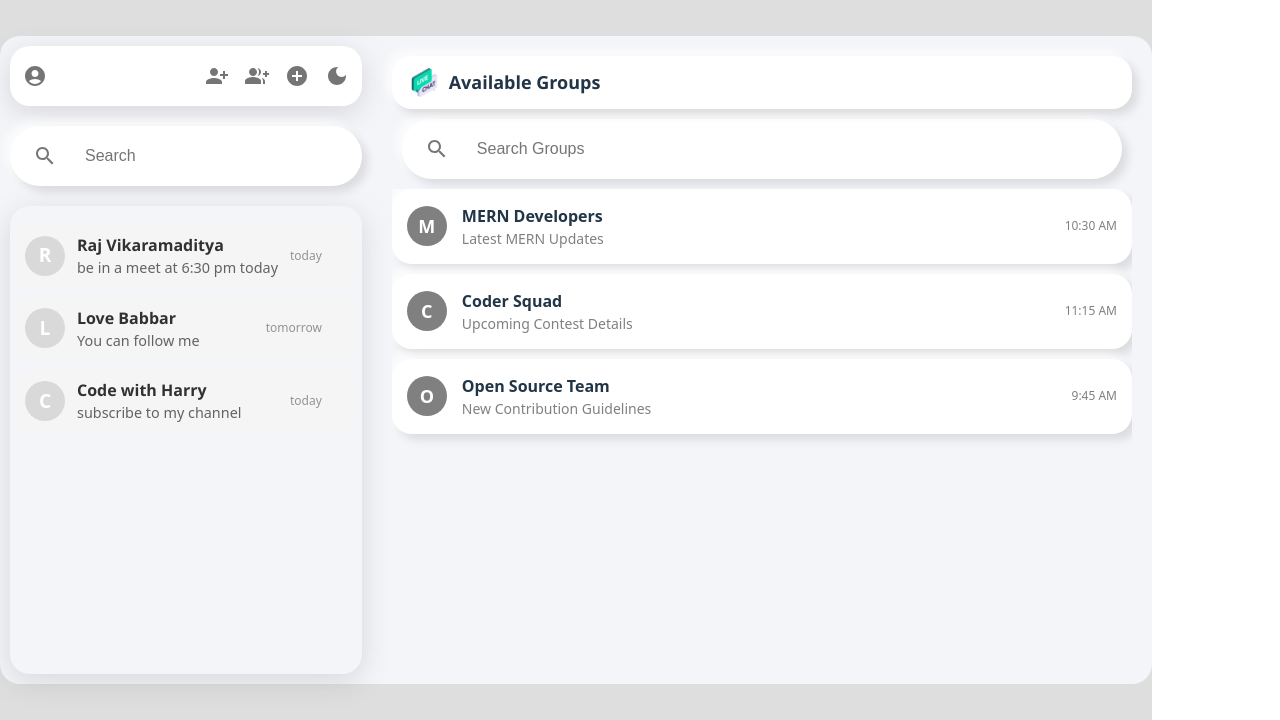
Repository: rahul-chakradhari/chat_app
Page: /app/groups
These files come from the project's save history. The page is drawn as it stood at one moment and after the next save; the edit follows.
The browser window is 1280 px wide. The pictures show the whole page.
The project was rebuilt for these pictures with package versions that can differ from the ones it lists, and the page was loaded fresh each time. Also part of the build but not shown: vite.config.js, src/components/Login.jsx, src/components/Messagebyme.jsx, src/components/Messagebyothers.jsx, src/components/Chatarea.jsx, src/components/Welcome.jsx, src/components/Creategroups.jsx, src/components/Users.jsx.

Above is the page before, as saved 2025-03-02 14:24:33.

### index.html
<!DOCTYPE html>
<html lang="en">
  <head>
    <meta charset="UTF-8" />
    <link rel="icon" href="./live-chat.png" />

    <meta name="viewport" content="width=device-width, initial-scale=1.0" />
    <title>Vite + React</title>
  </head>
  <body>
    <div id="root"></div>
    <script type="module" src="/src/main.jsx"></script>
  </body>
</html>

### src/App.jsx
import { Route, Routes } from "react-router-dom";
import "./App.css";
import Login from "./components/Login";
import Maincontainer from "./components/Maincontainer";
import Welcome from "./components/Welcome";
import Chatarea from "./components/Chatarea";
import Users from "./components/Users";
import Creategroups from "./components/Creategroups";
import Groups from "./components/Groups";

function App() {
  return (
    <div className="App">
      <Routes>
        <Route path="/" element={<Login />} />
        <Route path="app" element={<Maincontainer />}>
          <Route path="welcome" element={<Welcome />} />
          <Route path="chat" element={<Chatarea />} />
          <Route path="users" element={<Users />} />
          <Route path="groups" element={<Groups />} />

          <Route path="creategroups" element={<Creategroups />} />
        </Route>
      </Routes>
    </div>
  );
}

export default App;

### src/App.css
* {
  margin: 0;
}
.App {
  background-color: #dddedd;
  min-height: 100vh;
  display: flex;
  justify-content: center;
  align-items: center;
}

### src/components/Maincontainer.jsx
import "./Mystyles.css";
import Sidebar from "./Sidebar";
import Chatarea from "./Chatarea";
import Welcome from "./Welcome";
import Creategroups from "./Creategroups";
import Users from "./Users";
import { Outlet } from "react-router-dom";

const Maincontainer = () => {
  return (
    <div className="main">
      <Sidebar />
      <Outlet />
      {/*<Creategroups />*/}
      {/*<Welcome />*/}
      {/*<Chatarea />*/}
      {/*<Users />*/}
    </div>
  );
};

export default Maincontainer;

### src/components/Groups.jsx
import { useState } from "react";
import "./myStyles.css";
import SearchIcon from "@mui/icons-material/Search";
import { IconButton } from "@mui/material";
import logo from "./images/live-chat.png";

const Groups = () => {
  const [groups, setGroups] = useState([
    {
      id: 4,
      name: "MERN Developers",
      lastMessage: "Latest MERN Updates",
      timeStamp: "10:30 AM",
    },
    {
      id: 5,
      name: "Coder  Squad",
      lastMessage: "Upcoming Contest Details",
      timeStamp: "11:15 AM",
    },
    {
      id: 6,
      name: "Open Source Team",
      lastMessage: "New Contribution Guidelines",
      timeStamp: "9:45 AM",
    },
  ]);

  return (
    <div className="list">
      {/* Group Header */}
      <div className="headerlist">
        <div className="header-box">
          <img src={logo} alt="logo" className="logo-img" />
          <p className="ugtitle"> Available Groups</p>
        </div>
      </div>

      {/* Search Bar */}
      <div className="search">
        <IconButton>
          <SearchIcon />
        </IconButton>
        <input placeholder="Search Groups" className="box" />
      </div>

      {/* Group List */}
      <div className="uglist">
        {groups.map((group) => (
          <div key={group.id} className="listitem">
            <div className="user-icon">{group.name.charAt(0)}</div>
            <div className="user-info">
              <p className="username">{group.name}</p>
              <p className="last-message">{group.lastMessage}</p>
            </div>
            <p className="timestamp">{group.timeStamp}</p>
          </div>
        ))}
      </div>
    </div>
  );
};

export default Groups;

### src/components/Mystyles.css
.main {
  background-color: #f4f5f8;
  height: 90vh;
  width: 90vw;
  display: flex;
  border-radius: 20px;
}
.side {
  flex: 0.3;
  display: flex;
  flex-direction: column;
}
.chat {
  background-color: aliceblue;
  flex: 0.7;
}
.headers {
  background-color: white;
  border-radius: 20px;
  padding: 10px 5px;
  margin: 10px;
  display: flex;
  justify-content: space-between;
  box-shadow: rgba(100, 100, 111, 0.2) 0px 7px 29px 0px;
}
.search {
  background-color: white;
  border-radius: 20px;
  padding: 10px 10px;
  margin: 10px;
  display: flex;
  align-items: center;
  box-shadow: rgba(100, 100, 111, 0.2) 0px 7px 29px 0px;
}
.box {
  outline-width: 0;
  border: none;
  font-size: 1.25rem;
  margin-left: 10px;
}
.conver {
  background-color: white;
  border-radius: 20px;
  padding: 10px 5px;
  margin: 10px;
  flex: 1;
}
.conversation {
  border-radius: 20px;
  margin: 10px 5px;
  flex: 1;
  margin-right: 10px;
  margin-left: 10px;
  padding: 10px 5px;
  box-shadow: rgba(100, 100, 111, 0.2) 0px 7px 29px 0px;
}
.conversationitem,
.listtem {
  display: flex;
  align-items: center; /* Items ko vertical center align karega */
  gap: 12px; /* Icon aur text ke beech gap */
  padding: 10px;
  margin: 3px;
  transition-duration: 0.5s;
  margin-left: 0px;
  border-radius: 20px;
  margin-right: auto;
  margin-top: 7px;
  background-color: #f5f5f5; /* Light background */
  width: 100%;
  width: calc(100% - 20px);
  overflow: hidden; /* Extra content hide */
  white-space: nowrap; /* Ek hi line me rahe */
  text-overflow: ellipsis; /* Overflow hone par "..." dikhe */
}
.conversationitem {
  cursor: pointer;
}
.conversationitem:hover {
  background-color: #d9d9d9;
}
.conversationitem:active {
  background-color: white;
}
.conversationitem::-webkit-scrollbar {
  display: none;
}

.icon {
  display: flex;
  justify-content: center;
  align-items: center;
  background-color: #d9d9d9;
  font-size: 1.2rem;
  font-weight: bold;
  color: white;
  height: 40px;
  width: 40px;
  border-radius: 50%;
  flex-shrink: 0; /* Icon ka size maintain rahega */
}

.conversation-text {
  display: flex;
  flex-direction: column;
  flex-grow: 1; /* Ye ensure karega ki text area full width le */
}

.title {
  font-weight: bold;
  font-size: 1rem;
  color: rgba(0, 0, 0, 0.8);
  font-family: "Segoe UI", Tahoma, Geneva, Verdana, sans-serif;
}

.message {
  font-size: 0.9rem;
  color: rgba(0, 0, 0, 0.6);
}

.time {
  margin-right: 25px;
  font-size: 0.75rem;
  color: rgba(0, 0, 0, 0.4);
  flex-shrink: 0; /* Time ka size fix rahe */
}
.chat {
  display: flex;
  flex-direction: column;
  flex: 0.7;
}
.chattingwith {
  background-color: green;
}
.mess {
  background-color: aquamarine;
  flex-grow: 1;
  box-shadow: rgba(100, 100, 111, 0.2) 0px 7px 29px 0px;
}
.inputbox {
  background-color: green;
  box-shadow: rgba(100, 100, 111, 0.2) 0px 7px 29px 0px;
}
.trash {
  color: black;
}
.chat {
  display: flex;
  flex-direction: column;
  flex: 0.7;
  overflow: visible;
  background: #f8f9fa; /* Light grey */
}

.chat-header {
  position: relative;
  display: flex;
  justify-content: space-between;
  align-items: center;
  padding: 10px;
  margin-top: 4px;
  border-radius: 20px;
  background: white;
  border-bottom: 1px solid #ddd;
  box-shadow: rgba(50, 50, 93, 0.25) 0px 6px 12px -2px,
    rgba(0, 0, 0, 0.3) 0px 3px 7px -3px;
}
.avatar {
  border-color: #d9d9d9;
  color: white;
}
.chat-info {
  display: flex;
  align-items: center;
}

.chat-info .avatar {
  width: 40px;
  height: 40px;
  border-radius: 50%;
  background: #bbb;
  display: flex;
  justify-content: center;
  align-items: center;
  font-weight: bold;
  margin-right: 10px;
}

.trash {
  color: black;
}

.mess {
  flex-grow: 1;
  padding: 20px;
  background: #f5f5f5;
  border-radius: 20px;
}

.inputbox {
  padding: 10px;
  border-top: 1px solid #ddd;
  background: white;
  border-radius: 20px;
  margin-bottom: 6px;
}

.inputbox input {
  width: 100%;
  padding: 8px;
  border: none;
  outline: none;
}
.name-time {
  display: flex;
  flex-direction: column;
  align-items: flex-start; /* Left-align text properly */
}

.niche {
  font-size: 12px;
  color: gray;
  margin: 2px 0 0 3px;
  margin-top: 2px;
  margin-right: 12px;
  /* 👈 Adjust left margin properly */
  padding-right: 42px; /* 🔹 Slight padding for spacing */
}
.inputbox {
  display: flex;
  justify-content: center;
}
.othertextcontent,
.con-icon {
  width: 200px; /* Box ka width */
  height: auto; /* Height content ke according adjust hogi */
  font-size: 16px; /* Text size change karne ke liye */
  padding: 10px; /* Text aur border ke beech space ke liye */
  background-color: aquamarine; /* Light gray background */
  border-radius: 10px; /* Rounded corners */
  margin-left: 750px;
}
.othertextcontent {
  border-color: #f5f5f5;
}
.selfmessagecontainer {
  width: 200px; /* Box ka width */
  height: auto; /* Height content ke according adjust hogi */
  font-size: 16px; /* Text size change karne ke liye */
  padding: 10px; /* Text aur border ke beech space ke liye */
  background-color: lightsalmon; /* Light gray background */
  border-radius: 10px; /* Rounded corners */
}
.mess {
  height: 500px;
  overflow-y: auto;
  display: flex;
  flex-direction: column;
}
.mess::-webkit-scrollbar {
  display: none;
}

.welcome {
  min-height: 89vh;
  flex: 0.7;
  display: flex;
  flex-direction: column;
  justify-content: center;
  align-items: center;
  gap: 25px;
  font-family: "Segoe UI", Tahoma, Geneva, Verdana, sans-serif;
  color: rgba(0, 0, 0, 0.87);
  border-bottom: 2px solid #63d7b0;
  background-color: #ffffff;
  border-radius: 20px;
}

.logo {
  height: 15vw;
  margin-bottom: 10px;
}
.group {
  flex: 0.7;
  align-self: center;
  padding: 20px 10px;
  margin: 10px;
  background-color: white;
  border-radius: 20px;
  display: flex;
  justify-content: space-between;
}
.inputgroup {
  font-size: 18px;
  outline-width: 0;
  border: none;
}
.login {
  height: 90vh;
  width: 90vw;
  background-color: #f4f5f8;
  border-radius: 20px;
  display: flex;
}
.loginimage {
  flex: 0.3;
}
.loginbox {
  flex: 0.7;
  font-family: "Segoe UI", Tahoma, Geneva, Verdana, sans-serif;

  background-color: white;
  border-radius: 20px;
  margin: 10px;
  color: #63d7b0;
  font-weight: bolder;
  display: flex;
  justify-content: center;
  align-items: center;
  flex-direction: column;
  gap: 20px;
}
.loginlogo {
  height: 15vw;
  margin-top: 201px;
  margin-left: 75px;
}
.logintitle {
  font-size: 30px;
} /* Main List Container */
.list {
  padding: 20px;
  width: 100%;
}

/* Online Users Box */
.headerlist {
  display: flex;
  justify-content: center;
  margin-bottom: 10px;
}

.header-box {
  width: 100%; /* Adjust as needed */
  max-width: 1100px;
  background-color: white;
  border-radius: 20px;
  padding: 12px 18px;
  display: flex;
  align-items: center;
  gap: 10px;
  box-shadow: 6px 6px 10px rgba(0, 0, 0, 0.1),
    -6px -6px 10px rgba(255, 255, 255, 0.7);
}

.logo-img {
  width: 1.8rem;
  height: 1.8rem;
}

/* Search Box */
.search {
  background-color: white;
  border-radius: 30px;
  padding: 10px 15px;
  margin: 10px;
  display: flex;
  align-items: center;
  box-shadow: 6px 6px 10px rgba(0, 0, 0, 0.1),
    -6px -6px 10px rgba(255, 255, 255, 0.7);
}

.search .box {
  border: none;
  outline: none;
  font-size: 16px;
  flex: 1;
  padding-left: 10px;
}

/* User List */
.uglist {
  display: flex;
  flex-direction: column;
  gap: 10px;
  height: 500px; /* Fixed height for scroll */
  overflow-y: auto; /* Enable vertical scrolling */
}

.uglist::-webkit-scrollbar {
  display: none;
}
/* Individual User Item */
.listitem {
  display: flex;
  align-items: center;
  background-color: white;
  padding: 15px;
  border-radius: 20px;
  box-shadow: 6px 6px 10px rgba(0, 0, 0, 0.1),
    -6px -6px 10px rgba(255, 255, 255, 0.7);
  transition: transform 0.2s;
}

.listitem:hover {
  background-color: #968f8fc7;
}

.user-icon {
  background-color: gray;
  color: white;
  width: 40px;
  height: 40px;
  border-radius: 50%;
  display: flex;
  justify-content: center;
  align-items: center;
  font-size: 18px;
  font-weight: bold;
  margin-right: 15px;
}

.user-info {
  flex-grow: 1;
}

.username {
  font-weight: bold;
  font-size: 16px;
}

.last-message {
  font-size: 14px;
  color: gray;
}

.timestamp {
  font-size: 12px;
  color: gray;
}
.ugtitle {
  font-size: large;
  font-weight: 600;
  font-family: "Segoe UI", Tahoma, Geneva, Verdana, sans-serif;
}
.dark {
  background-color: #2d3941 !important;
  color: whitesmoke !important;
}
.headericons {
  width: 1.25em !important;
  height: 1.25em !important ;
}

### src/components/Sidebar.jsx
import { useState } from "react";
import AccountCircleIcon from "@mui/icons-material/AccountCircle";
import PersonAddAlt1Icon from "@mui/icons-material/PersonAddAlt1";
import GroupAddIcon from "@mui/icons-material/GroupAdd";
import AddCircleIcon from "@mui/icons-material/AddCircle";
import LightModeIcon from "@mui/icons-material/LightMode";
import DarkModeIcon from "@mui/icons-material/DarkMode";
import SearchIcon from "@mui/icons-material/Search";
import Conversationitem from "./Conversationitem";
import "./Mystyles.css";
import { IconButton } from "@mui/material";
import { useNavigate } from "react-router-dom";

const Sidebar = () => {
  const [lighttheme, setlightTheme] = useState(true);
  const [conversations, setConversations] = useState([
    {
      id: 1,
      name: "Raj Vikaramaditya",
      lastMessage: "be in a meet at 6:30 pm today",
      timeStamp: "today",
    },
    {
      id: 2,
      name: "Love Babbar",
      lastMessage: "You can follow me ",
      timeStamp: "tomorrow",
    },
    {
      id: 3,
      name: "Code with Harry",
      lastMessage: "subscribe to my channel",
      timeStamp: "today",
    },
  ]);
  const navigate = useNavigate();
  return (
    <div className="side">
      <div className={"headers " + (lighttheme ? "" : "dark")}>
        <div>
          <IconButton>
            <AccountCircleIcon />
          </IconButton>
        </div>
        <div>
          <IconButton>
            <PersonAddAlt1Icon
              onClick={() => {
                navigate("users");
              }}
            />
          </IconButton>
          <IconButton>
            <GroupAddIcon
              onClick={() => {
                navigate("groups");
              }}
            />
          </IconButton>
          <IconButton>
            <AddCircleIcon
              onClick={() => {
                navigate("creategroups");
              }}
            />
          </IconButton>
          <IconButton
            onClick={() => {
              setlightTheme((prevValue) => {
                return !prevValue;
              });
            }}
          >
            {lighttheme && <DarkModeIcon />}
            {!lighttheme && <LightModeIcon />}
          </IconButton>
        </div>
      </div>

      <div className="search">
        <IconButton>
          <SearchIcon />
        </IconButton>
        <input placeholder="Search" className="box" />
      </div>

      <div className="conversation">
        {conversations.map((conversation) => (
          <Conversationitem key={conversation.id} {...conversation} />
        ))}
      </div>
    </div>
  );
};

export default Sidebar;

### src/components/Conversationitem.jsx
import { useNavigate } from "react-router-dom";

const Conversationitem = (props) => {
  const navigate = useNavigate();

  return (
    <div
      className="conversationitem"
      onClick={() => {
        navigate("chat");
      }}
    >
      <p className="icon">{props.name[0]}</p>
      <div className="conversation-text">
        <p className="title">{props.name}</p>
        <p className="message">{props.lastMessage}</p>
      </div>
      <p className="time">{props.timeStamp}</p>
    </div>
  );
};

export default Conversationitem;

Loaded but not shown: src/main.jsx (common file); src/index.css (common file)

After the next save:
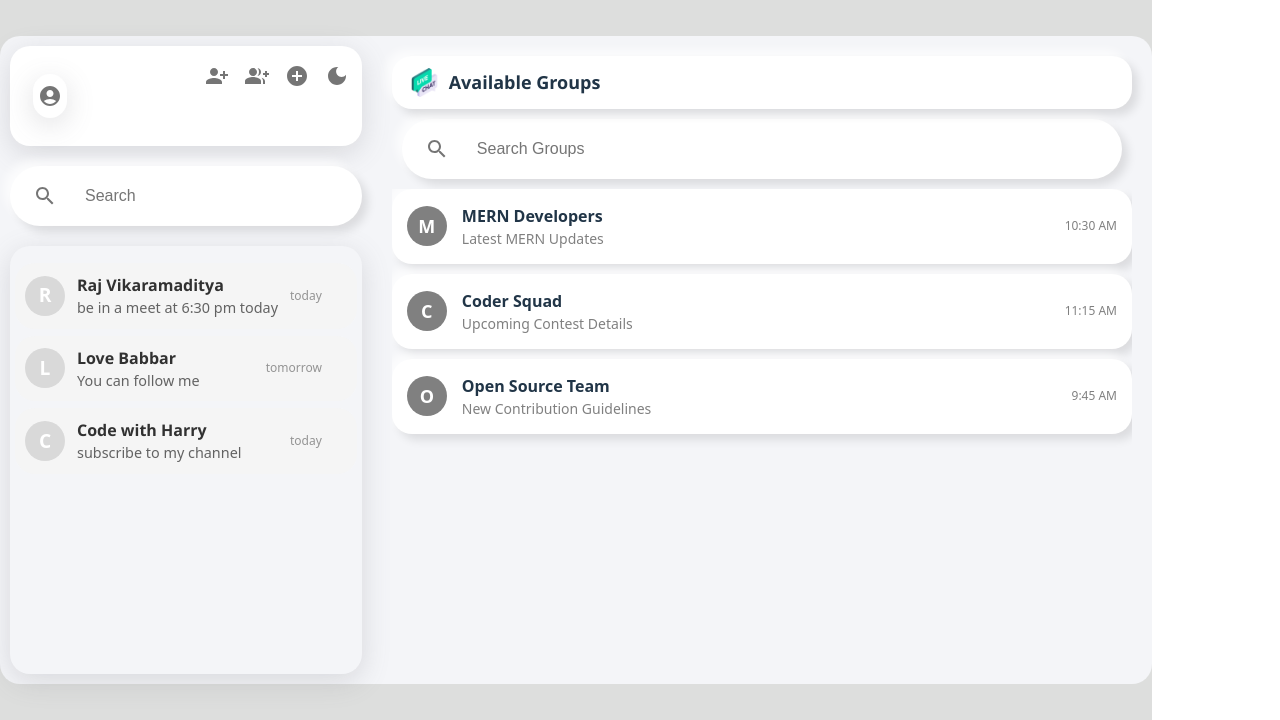
Saved 2 min 12 s later.
--- a/src/components/Sidebar.jsx
+++ b/src/components/Sidebar.jsx
@@ -39,7 +39,9 @@ const Sidebar = () => {
       <div className={"headers " + (lighttheme ? "" : "dark")}>
         <div>
           <IconButton>
-            <AccountCircleIcon />
+            <AccountCircleIcon
+              className={"headers " + (lighttheme ? "" : "dark")}
+            />
           </IconButton>
         </div>
         <div>
